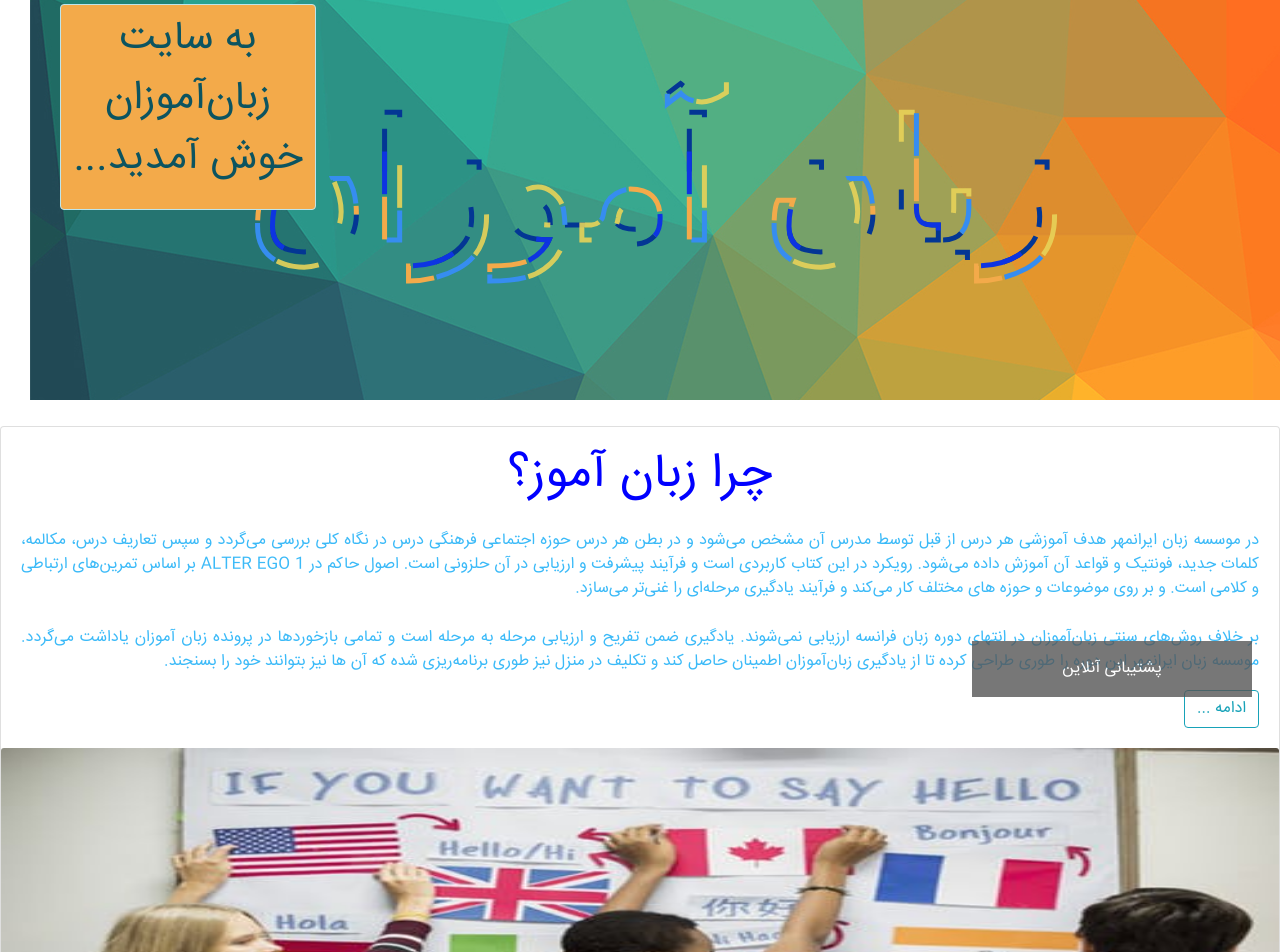
Repository: nikmahla/ZabanAmozan
Page: LanguageWebSite.html
An editor plug-in stored every save of this project. The page is shown before and after the next save, followed by the edit.
The browser window is 1280 px wide. The pictures show the part of the page from y = 0 to 952 px (the page is 3961 px tall).
A picture or video elsewhere on the page could not be fetched, so the positions and the page height are approximate.

Above is the page before, as saved 2019-10-11 22:36:27.

After the next save:
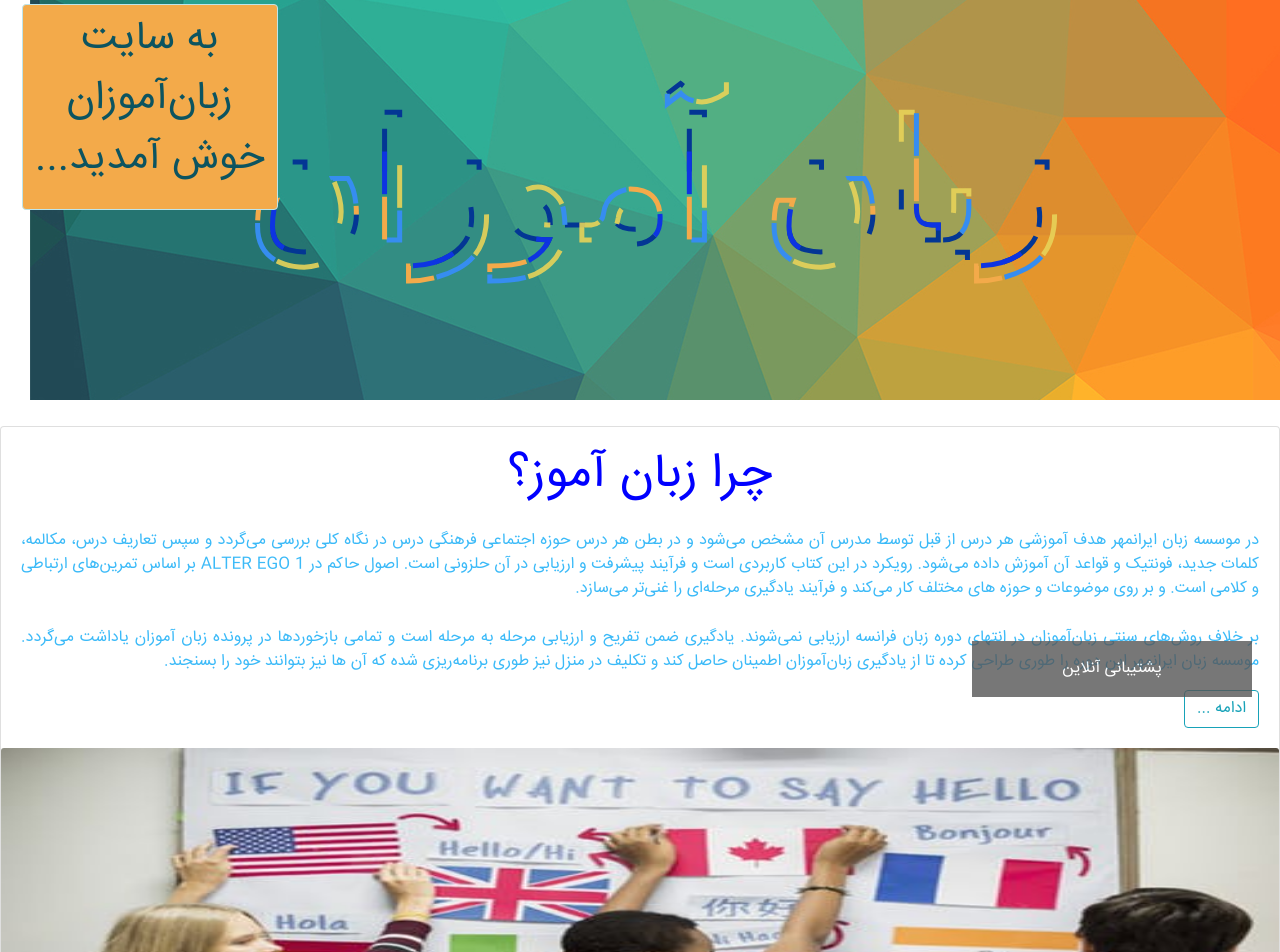
Saved 8 s later.
--- a/LanguageWebSite.html
+++ b/LanguageWebSite.html
@@ -304,7 +304,7 @@
                 $('#alert').slideDown('slow');
 
                 var alert = $('#alert');
-                alert.animate({ right: '75%' }, "2000");
+                alert.animate({ right: '78%' }, "2000");
                 alert.animate({ fontSize: '2.5em'  }, "1000");
             }, 1500);
         })
